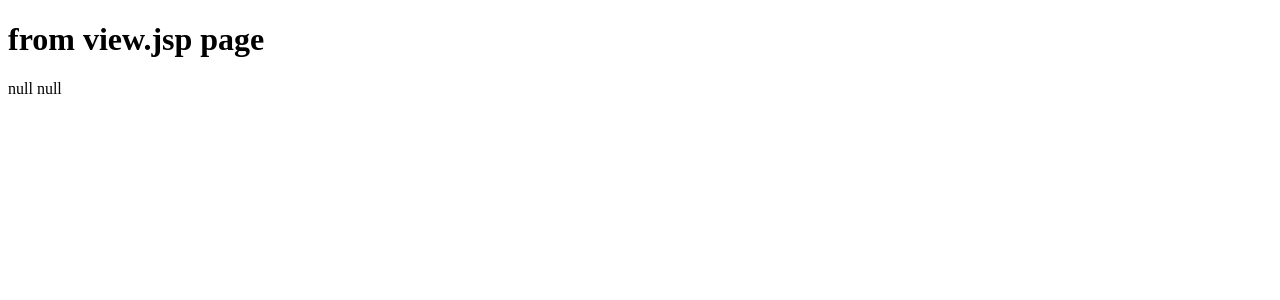
Repository: Solankinikhil/DailyWork
Page: http://localhost/MVCExample/Controller.jsp
The author's editor kept a copy of each file at every save. The page is drawn from the files as they stood at one save, then again after the next save.
The browser window is 1280 px wide. The pictures show the whole page.
The page is served by Tomcat 9. Nobody is signed in. The application's start-up code is not run.

Above is the page before, as saved 2020-03-09 09:33:22.

### eclipse-workspace/MVCExample/WebContent/Controller.jsp
<%@ page language="java" contentType="text/html; charset=ISO-8859-1"
	pageEncoding="ISO-8859-1"%>
<!DOCTYPE html>
<html>
<head>
<meta charset="ISO-8859-1">
<title>Insert title here</title>
</head>
<body>
	<!-- com.cts.bean.LoginBean ref=new LoginBean() -->
	<jsp:useBean id="ref" class="com.cts.bean.LoginBean" scope="session">
		<!-- ref.setUserName(request.getParameter("userName")) -->
	</jsp:useBean>
	<jsp:setProperty property="userName" name="ref" />
	<jsp:setProperty property="password" name="ref" />
	<jsp:getProperty property="userName" name="ref" />
	<jsp:getProperty property="password" name="ref" />
	<jsp:forward page="view.jsp"/>

</body>
</html>

### eclipse-workspace/MVCExample/WebContent/view.jsp
<%@ page language="java" contentType="text/html; charset=ISO-8859-1"
	pageEncoding="ISO-8859-1"%>
<!DOCTYPE html>
<html>
<head>
<meta charset="ISO-8859-1">
<title>Insert title here</title>
</head>
<body>
	<h1>from view.jsp page</h1>

	<jsp:useBean id="ref" class="com.cts.bean.LoginBean" scope="session"/>
	<jsp:getProperty property="userName" name="ref" />
	<jsp:getProperty property="password" name="ref" /></body>


</html>

### eclipse-workspace/MVCExample/src/com/cts/bean/LoginBean.java
package com.cts.bean;

//POJO Model JavaBean
public class LoginBean {
	private String userName, password;

	public LoginBean() {

	}

	public String getUserName() {
		System.out.println("from getUserName()");
		return userName;
	}

	public void setUserName(String userName) {
		this.userName = userName;
		System.out.println("from setusername()");
	}

	public String getPassword() {
		return password;
	}

	public void setPassword(String password) {
		this.password = password;
		System.out.println("from setPassword()");
	}
}

### eclipse-workspace/MVCExample/WebContent/Third.jsp
<%@ page language="java" contentType="text/html; charset=ISO-8859-1"
    pageEncoding="ISO-8859-1"%>
<!DOCTYPE html>
<html>
<head>
<meta charset="ISO-8859-1">
<title>Insert title here</title>
</head>
<body>
<h1>from Third.jsp page</h1>
<jsp:useBean id="ref" class="com.cts.bean.LoginBean" scope="session"/>
	<jsp:getProperty property="userName" name="ref" />
	<jsp:getProperty property="password" name="ref" /></body>
</body>
</html>

After the next save:
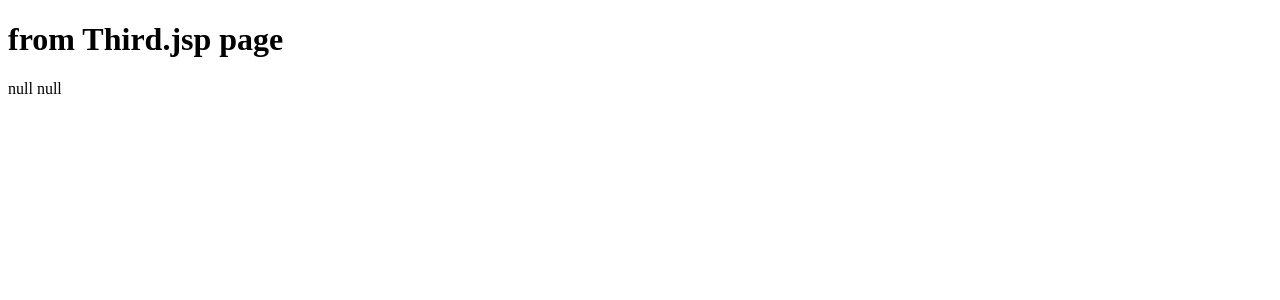
Saved 2 min 3 s later.
--- a/eclipse-workspace/MVCExample/WebContent/Controller.jsp
+++ b/eclipse-workspace/MVCExample/WebContent/Controller.jsp
@@ -15,7 +15,7 @@
 	<jsp:setProperty property="password" name="ref" />
 	<jsp:getProperty property="userName" name="ref" />
 	<jsp:getProperty property="password" name="ref" />
-	<jsp:forward page="view.jsp"/>
+	<jsp:forward page="Third.jsp"/>
 
 </body>
 </html>

After the save that followed:
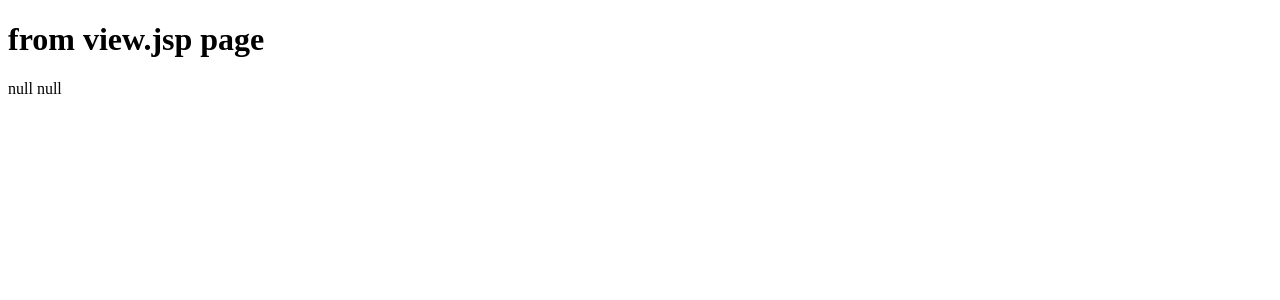
Saved 75 s later.
--- a/eclipse-workspace/MVCExample/WebContent/Controller.jsp
+++ b/eclipse-workspace/MVCExample/WebContent/Controller.jsp
@@ -15,7 +15,7 @@
 	<jsp:setProperty property="password" name="ref" />
 	<jsp:getProperty property="userName" name="ref" />
 	<jsp:getProperty property="password" name="ref" />
-	<jsp:forward page="Third.jsp"/>
+	<jsp:forward page="view.jsp"/>
 
 </body>
 </html>
